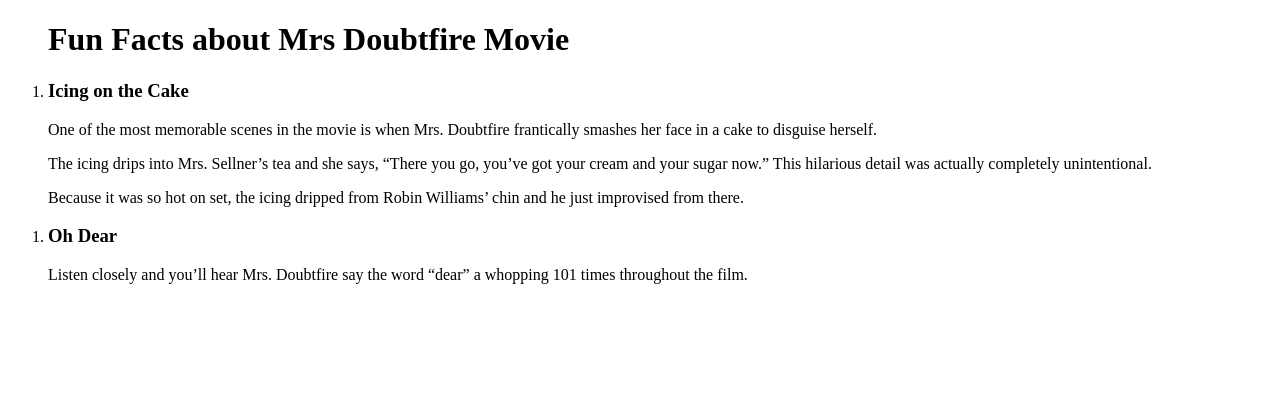
Repository: ItaConnell007/Brainnest-Main-HTML-Project
Page: fun-facts.html
These files come from the project's save history. The page is drawn as it stood at one moment and after the next save; the edit follows.
The browser window is 1280 px wide. The pictures show the whole page.

Above is the page before, as saved 2022-08-16 17:26:33.

### fun-facts.html
<!DOCTYPE html>
<html lang="en">

<head>
    <meta charset="UTF-8">
    <meta http-equiv="X-UA-Compatible" content="IE=edge">
    <meta name="viewport" content="width=device-width, initial-scale=1.0">
    <title>Top Secret</title>
</head>

<body>
    <ol>
        <h1> Fun Facts about Mrs Doubtfire Movie</h1>


        <li>

            <h3>Icing on the Cake</h3>
            One of the most memorable scenes in the movie is when Mrs. Doubtfire frantically smashes her face in a cake
            to
            disguise herself.

            <p> The icing drips into Mrs. Sellner’s tea and she says, “There you go, you’ve got your cream and your
                sugar now.”
                This hilarious detail was actually completely unintentional. </p>

            <p> Because it was so hot on set, the icing dripped from Robin Williams’ chin and he just improvised from
                there.</p>

        </li>

    </ol>

    <ol>


        <li>
            <h3>Oh Dear</h3>
            <p>
                Listen closely and you’ll hear Mrs. Doubtfire say the word “dear” a whopping 101 times throughout the
                film.
            </p>



        </li>







    </ol>
</body>

</html>

After the next save:
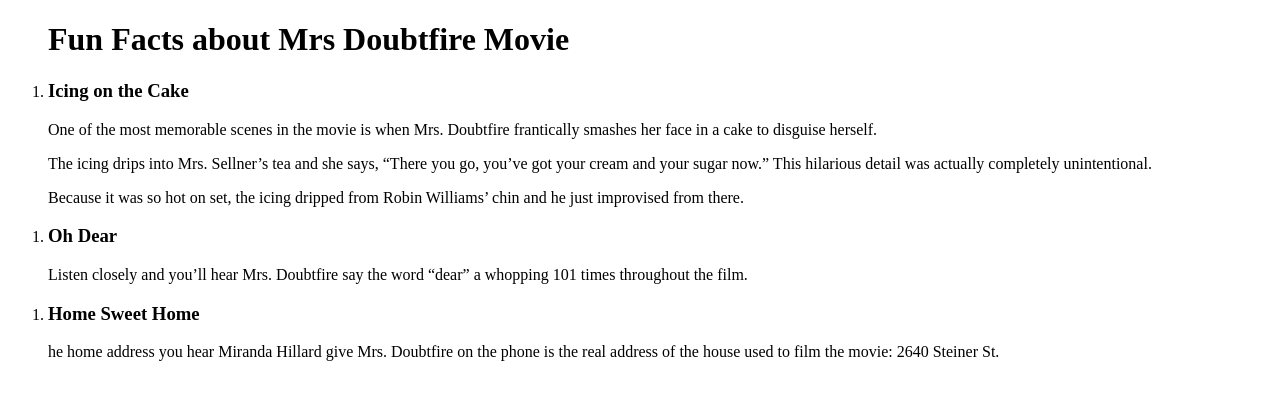
Saved 25 min 3 s later.
--- a/fun-facts.html
+++ b/fun-facts.html
@@ -33,17 +33,23 @@
 
     <ol>
 
-
         <li>
             <h3>Oh Dear</h3>
-            <p>
-                Listen closely and you’ll hear Mrs. Doubtfire say the word “dear” a whopping 101 times throughout the
-                film.
-            </p>
+            <p>Listen closely and you’ll hear Mrs. Doubtfire say the word “dear” a whopping 101 times throughout the
+                film.</p>
+
+        </li>
+    </ol>
 
 
 
+    <ol>
+
+        <li>
+            <h3>Home Sweet Home</h3>
+            <p>he home address you hear Miranda Hillard give Mrs. Doubtfire on the phone is the real address of the house used to film the movie: 2640 Steiner St.</p>
         </li>
+    </ol>
 
 
 
@@ -51,7 +57,7 @@
 
 
 
-    </ol>
+
 </body>
 
 </html>
